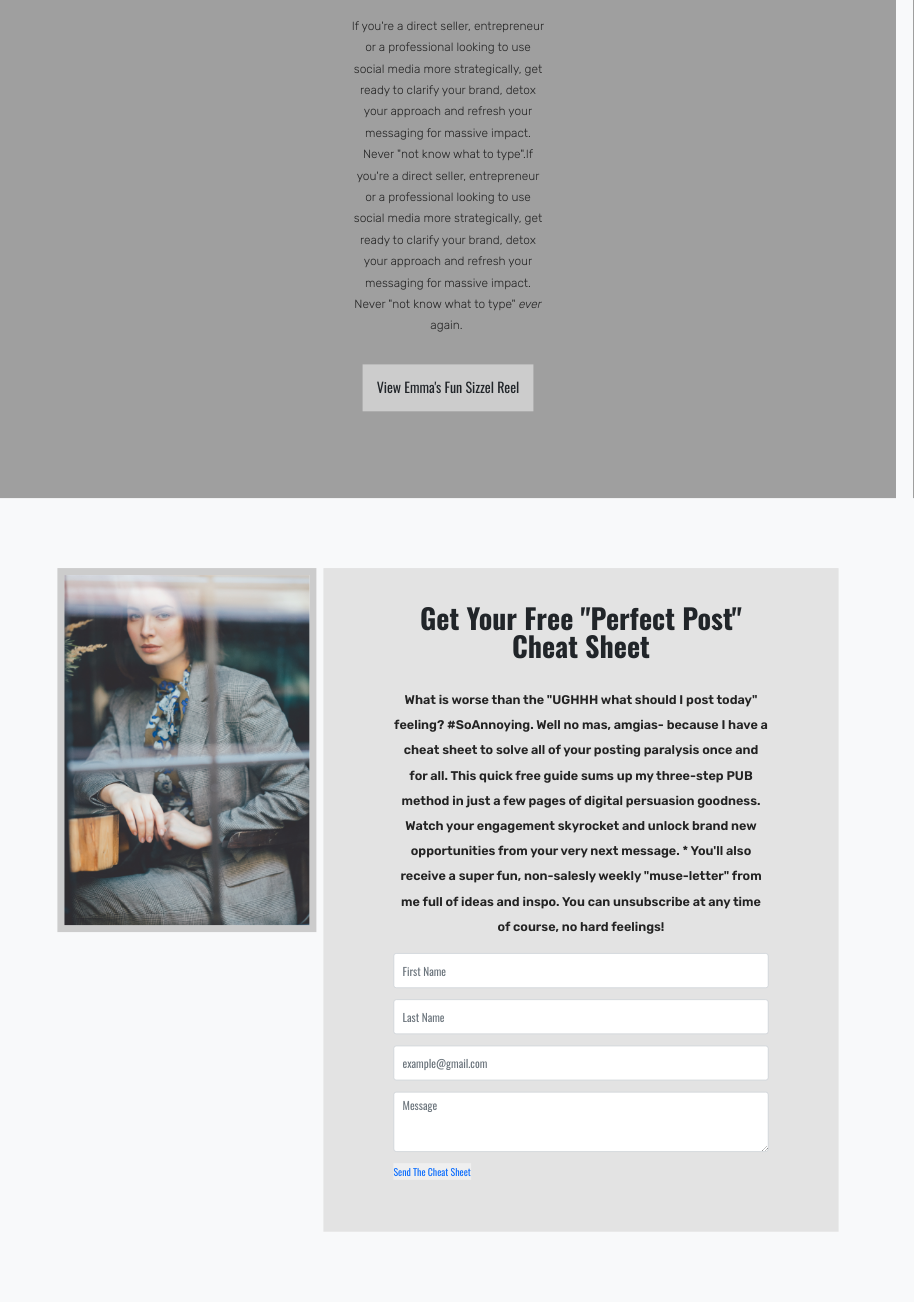
Repository: poroshrahman40/emma-watson-portfolio
Page: index.html
These files come from the project's save history. The page is drawn as it stood at one moment and after the next save; the edit follows.
The browser window is 1280 px wide. The page is 1305 px wide, so the pictures cover 1305 px, including what lies to the right of the window. The pictures show the part of the page from y = 3681 to 5561 px (the page is 5541 px tall before and 5561 px after), at 70% of full size.
Some web fonts or font styles are not loaded; a fallback is used.

Above is the page before, as saved 2021-12-06 18:25:55.

### index.html

<!DOCTYPE html>
<html lang="en">
    <head>

        <meta charset="UTF-8">
        <meta name="viewport" content="width=device-width, initial-scale=1, shrink-to-fit=no">
        <title>Document</title>

        <!-- favicon -->
        <link rel="shortcut icon" type="image/hair-specialist-fav-icon" href="#">
        <!-- animate.min - css -->
        <link rel="stylesheet" href="assets/css/animate.css">
        <!-- animate - css -->
        <link rel="stylesheet" href="assets/css/animate.min.css">
        <!-- owl.carousel.min - css -->
        <link rel="stylesheet" href="assets/css/owl.carousel.min.css">
        <!-- owl.theme.default.min - css -->
        <link rel="stylesheet" href="assets/css/owl.theme.default.min.css">
        <!-- font-awesome all.css -->
        <link rel="stylesheet" href="assets/css/fontawesome-all.css">
        <!-- boxicons.css -->
        <link rel='stylesheet' href="assets/css/boxicons.min.css">
        <link href='https://unpkg.com/boxicons@2.1.1/css/boxicons.min.css' rel='stylesheet'>
        <!-- bootstrap.min - css -->
        <link rel="stylesheet" href="assets/css/bootstrap.min.css">
        <!-- silk-css -->
        <link rel="stylesheet" href="assets/css/slick.css">
        <!-- slick-theme.css -->
        <link rel="stylesheet" href="assets/css/slick-theme.css">
        <!-- main - css -->
        <link rel="stylesheet" href="assets/css/style.css">
        <!-- responsive - css -->
        <link rel="stylesheet" href="assets/css/responsive.css">

    </head>

    <body>
    <!-- preloader start -->
    <!-- <div id="preloader"></div> -->
    <!-- preloader end -->

    <!-- header -start
    ================================== -->
    <header class="ew-main">
        <div class="ew__main__content">
            <div class="ew__nav">
                <div class="ew__logo__div">
                    <a href="https://ow-en.com" title="" class="nav__link ew__snlogo">
                    <img class="logo w-100" src="assets/image/logo-gif.gif" alt="logo-not-found"></a>
                </div>
                <div class="container">
                    <div class="mobile__toggle" ontouchstart="">
                        <div class="mobile__toggle__container">
                            <div class="mobile__open">
                            </div>
                            <div class="mobile__close"></div>
                        </div>
                    </div>
                    <div id="mob__menu" class="nav__mobile__container nav__mobile__container__default">
                        <div class="container-fluid">
                            <div class="row center">
                                <div class="col col__sm">
                                    <ul class="nav__list">
                                        <li class="nav__list-1">
                                            <a class="nav__link nav__link__selected nav__list__link" href="#">Home</a>
                                        </li>
                                        <li class="nav__list-2">
                                            <a class="nav__link nav__list__link" href="#">Books</a>
                                        </li>
                                        <li class="nav__list-3">
                                            <a class="nav__link nav__list__link" href="#">Info.</a>
                                        </li>
                                        <li class="nav__list-4">
                                            <a class="nav__link nav__list__link" href="#">Course</a>
                                            <!-- nav__link__selected -->
                                        </li>
                                    </ul>
                                </div>
                                <div class="col col__sm">
                                    <ul class="nav__list nav__list__rightaligned">
                                        <li class="nav__list-5">
                                            <a class="nav__link nav__list__link" href="#">Keyword</a>
                                        </li>
                                        <li class="nav__list-6">
                                            <a class="nav__link nav__list__link" href="#">Brodcast</a>
                                        </li>
                                        <li class="nav__list-7">
                                            <a class="nav__link nav__list__link" href="#">Contact</a>
                                        </li>
                                        <li class="nav__list-8">
                                            <a class="nav__link nav__list__link" href="#">Blog</a>
                                        </li>
                                    </ul>
                                </div>
                            </div>
                        </div>
                    </div>
                </div>
            </div>
            <!-- <div class="content">
                <h1>A very simple responsive menu with the logo in the middle</h1>
              <h2>Feel free to use this menu however you'd like. No need to give credit. However, please <strong><a href="https://ow-en.com">consider hiring me :)</strong></h2>
            </div> -->
        </div>
    </header>
    <!-- Banner section - start
    ================================ -->


        <div id="ew-banner" class="ew-banner">
            <div class="container">
                <div class="row">
                    <div class="col-lg-12 offset-1">
                        <div class="ew-hero-image">
                            <img src="assets/image/hero-image.png" alt="hero-image">
                        </div>
                        <div class="ew-hero-right-content">
                            <span> Hey,There</span>
                            <h4>Lorem ipsum, dolor sit amet consectetur adipisicing elit. Similique, aut.</h4>
                            <div class="ew-link d-flex mt-4">
                                <i class='bx bx-link fa-2x me-2'></i><a href="#"><p>See my motivational speach.You're Kind of a Big Deal: Level Up by Unlocking Your Audacity.</p></a>
                            </div>
                            <div class="ew-link d-flex">
                                <i class='bx bx-link fa-2x me-2'></i><a href="#"><p>See my motivational speach.You're Kind of a Big Deal: Level Up by Unlocking Your Audacity.</p></a>
                            </div>
                            <div class="ew-link d-flex mb-4">
                                <i class='bx bx-link fa-2x me-2'></i><a href="#"><p>See my motivational speach.You're Kind of a Big Deal: Level Up by Unlocking Your Audacity.</p></a>
                            </div>
                            <div class="ew-hero-right-btn">
                                <a href="#">See More About Me</a>
                            </div>
                        </div>
                    </div>
                </div>
            </div>
        </div>


<!-- Banner section - End
================================ -->

<!-- virtual-presentations - start
======================================== -->
    <section id="ew-virtual-presentation">
        <div class="container-fuild">
            <div class="row">
                <div class="col-lg-12 text-center">
                    <div class="ew-vairtul-content">
                        <h2 class="mb-40">Live and Virtual Presentations <br> That Rock </h2>
                        <p class="">Whether we're talking about the pulsing energy of a packed convention center or a virtual gathering, Erin will delight and wow your attendees with one of her two signature keynotes:&nbsp;<br><br>SALES/LEADERSHIP: Digital Persuasion- Ignite Your Influence&nbsp;<br>SUCCESS MINDSET: Big Deal Energy- Unlock Your Audacity&nbsp;<br><br>Both high-energy, motivational and story-packed with a clear takeaway method to be applied for immediate impact and tangible results.&nbsp;<br></p>
                        <div class="ew-virtual-btn mb-4">
                            <button><a href="#">View Emma's Fun Sizzel Reel</a></button>
                        </div>
                        <div class="ew-virtual-btn">
                            <button><a href="#">View Emma watson's RAW just The steak Speaking Reel</a></button>
                        </div>

                    </div>
                </div>
            </div>
        </div>
    </section>

<!-- virtual-presentations - End
========================================== -->

<!-- virtual keynotes - start
======================================== -->

<section id="ew-virtual-keynotes">
    <div class="container">
        <div class="row">
            <div class="col-lg-6">
                <div class="ew-virtual-vedio">
                    <img src="assets/image/keynotes-image.png" alt="keynotes-image">
                    <div class="keynotes-overlay ew-icon-position">
                        <a href="#"><i class='bx bx-play fa-2x' style='color:#e0e0e0'></i></a>
                    </div>
                </div>
            </div>
            <div class="col-lg-6 d-flex align-items-center">
                <div class="ew-keynotes-content">
                    <span>Lorem ipsum dolor sit amet</span>
                    <h1>Lorem ipsum dolor sit amet consectetur Lorem ipsum dolor sit amet consectetur.</h1>
                    <p>Whether we're talking about your executive leadership team, your sales force, your internal marketing mavens or your entire organization- let's energize and inspire them to show up big. Because, let's be real, we all need to up our game these days to not just survive, but THRIVE.</p>
                    <button class="ew-keynotes-btn">
                        <a href="#">Describe More Now</a>
                    </button>
                </div>
            </div>
        </div>
    </div>
</section>

<!-- virtual keynotes - End
======================================== -->

<!-- Treat yourself - Start
======================================= -->
<section id="ew-treat-yourself">
    <div class="container">
        <div class="ew-img-row">
            <div class="row">
                <div class="col-lg-4 col-md-4 col-sm-12">
                    <img src="assets/image/treat-yourself.png" alt="treat-image">
                </div>
                <div class="col-lg-4 col-md-4 col-sm-12">
                    <img src="assets/image/treat-yourself-2.png" alt="treat-image">
                </div>
                <div class="col-lg-4 col-md-4 col-sm-12">
                    <img src="assets/image/treat-yourself-3.png" alt="treat-image">
                </div>
            </div>
        </div>
    </div>
    <div class="container-fuild">
        <div class="ew-treat-content">
            <div class="row">
                <div class="col-lg-12 text-center">
                    <div class="ew-treat-details">
                        <span>Lorem ipsum dolor sit amet consectetur <br> adipisicing elit. Nulla.</span>
                        <h1 class="mb-40">YES, TAKE ME FOR A SPA DAY <br> Treat Yourself to The Social Media Spa</h1>
                        <p class="se-t sie-spa_4-text st-m-paragraph st-d-paragraph se-rc">If you're a direct seller, entrepreneur or a professional looking to use social media more strategically, get ready to clarify your brand, detox your approach and refresh your messaging for massive impact. Never "not know what to type".If you're a direct seller, entrepreneur or a professional looking to use social media more strategically, get ready to clarify your brand, detox your approach and refresh your messaging for massive impact. Never "not know what to type" <i>ever</i> again.&nbsp;</p>
                        <div class="ew-treat-btn mb-4">
                            <button><a href="#">View Emma's Fun Sizzel Reel</a></button>
                        </div>
                    </div>
                </div>
            </div>
        </div>
    </div>
</section>


<!-- Treat yourself - End
========================================= -->
<!-- Cheat Sheet - start
======================================== -->

<section id="ew-get-cheat-sheet">
    <div class="container">
        <div class="row">
            <div class="col-lg-4">
                <div class="ew-cheat-sheet-image">
                    <img src="assets/image/cheet-seet-side-image.png" alt="image-not-found">
                </div>
            </div>
            <div class="col-lg-8 text-center">
                <div class="ew-cheat-sheet-card">
                    <div class="ew-offer-title mb-40">
                        <h1>Get Your Free "Perfect Post" <br> Cheat Sheet</h1>
                    </div>
                    <p>What is worse than the "UGHHH what should I post today" feeling? #SoAnnoying. Well no mas, amgias- because I have a cheat sheet to solve all of your posting paralysis once and for all. This quick free guide sums up my three-step PUB method in just a few pages of digital persuasion goodness.
Watch your engagement skyrocket and unlock brand new opportunities from your very next message.
* You'll also receive a super fun, non-salesly weekly "muse-letter" from me full of ideas and inspo. You can unsubscribe at any time of course, no hard feelings! </p>

                    <div class="ew-cheet-seet-form text-start">
                        <div class="mb-3">
                            <!-- <label for="exampleFormControlInput1" class="form-label">First Name</label> -->
                            <input type="name" class="form-control" id="exampleFormControlInput1" placeholder="First Name">
                        </div>
                        <div class="mb-3">
                            <!-- <label for="exampleFormControlInput1" class="form-label">Last Name</label> -->
                            <input type="name" class="form-control" id="exampleFormControlInput1" placeholder="Last Name">
                        </div>
                        <div class="mb-3">
                            <!-- <label for="exampleFormControlInput1" class="form-label">Last Name</label> -->
                            <input type="email" class="form-control" id="exampleFormControlInput1" placeholder="example@gmail.com">
                        </div>
                        <div class="mb-3">
                            <!-- <label for="exampleFormControlTextarea1" class="form-label">Example textarea</label> -->
                            <textarea type="text" class="form-control" id="exampleFormControlTextarea1" placeholder="Message" rows="3"></textarea>
                        </div>
                        <div class="mb-4">
                            <button class="ew-cheat-sheet-btn">
                                <a href="#">Send The Cheat Sheet</a>
                            </button>
                        </div>
                    </div>
                </div>
            </div>
        </div>
    </div>

</section>

<!-- Cheat Sheet - end
======================================== -->



    <!-- footer section - Start
    ============================== -->




    <!-- Footer section - End
    ============================= -->



    <!-- jquery-3.5.0.min - js -->
    <script src="assets/js/jquery-3.5.0.min.js"></script>
    <!-- .magnific-popup -->
    <script src="assets/js/jquery.magnific-popup.min.js"></script>
    <!-- bootstrap.min - js -->
    <script src="assets/js/bootstrap.min.js"></script>
    <!-- bootstrap - bundle min.js -->
    <script src="assets/js/bootstrap.bundle.min.js"></script>
    <!-- bootstrap - bundl.js -->
    <script src="assets/js/bootstrap.bundle.js"></script>
    <!-- boxicons - js -->
    <script src="assets/js/boxicons.js"></script>
    <!-- popper.min - js -->
    <script src="assets/js/popper.min.js"></script>
    <!-- owl.carousel.min - js -->
    <script src="assets/js/owl.carousel.min.js"></script>
    <!-- wow.min - js -->
    <script src="assets/js/wow.min.js"></script>
    <!-- silk - js -->
    <script src="assets/js/slick.min.js"></script>
    <!-- main - js -->
    <script src="assets/js/main.js"></script>

</body>
</html>

Loaded but not shown: assets/css/animate.css (library); assets/css/animate.min.css (library); assets/css/owl.carousel.min.css (library); assets/css/owl.theme.default.min.css (common file); assets/css/fontawesome-all.css (library); assets/css/bootstrap.min.css (library); assets/css/slick.css (common file); assets/css/slick-theme.css (library); assets/js/jquery-3.5.0.min.js (library); assets/js/jquery.magnific-popup.min.js (library); assets/js/bootstrap.min.js (library); assets/js/bootstrap.bundle.min.js (library); assets/js/bootstrap.bundle.js (library); assets/js/popper.min.js (library); assets/js/owl.carousel.min.js (library); assets/js/wow.min.js (library); assets/js/slick.min.js (library); assets/js/main.js (14 lines, source omitted); assets/css/responsive.css (904 lines, source omitted); assets/css/style.css (623 lines, source omitted)

After the next save:
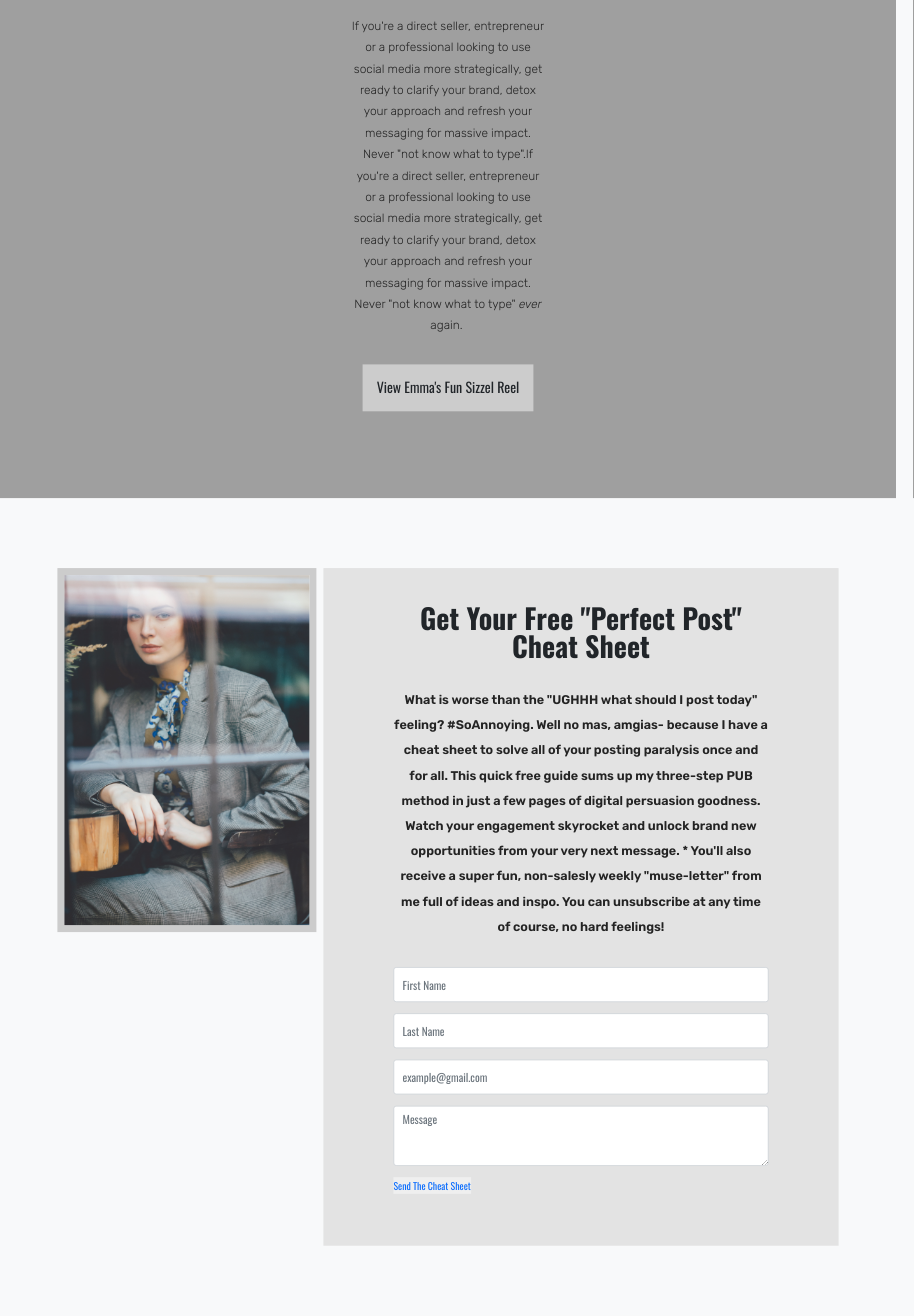
Saved 21 s later.
--- a/index.html
+++ b/index.html
@@ -255,7 +255,7 @@
 Watch your engagement skyrocket and unlock brand new opportunities from your very next message.
 * You'll also receive a super fun, non-salesly weekly "muse-letter" from me full of ideas and inspo. You can unsubscribe at any time of course, no hard feelings! </p>
 
-                    <div class="ew-cheet-seet-form text-start">
+                    <div class="ew-cheet-seet-form text-start mt-40">
                         <div class="mb-3">
                             <!-- <label for="exampleFormControlInput1" class="form-label">First Name</label> -->
                             <input type="name" class="form-control" id="exampleFormControlInput1" placeholder="First Name">
